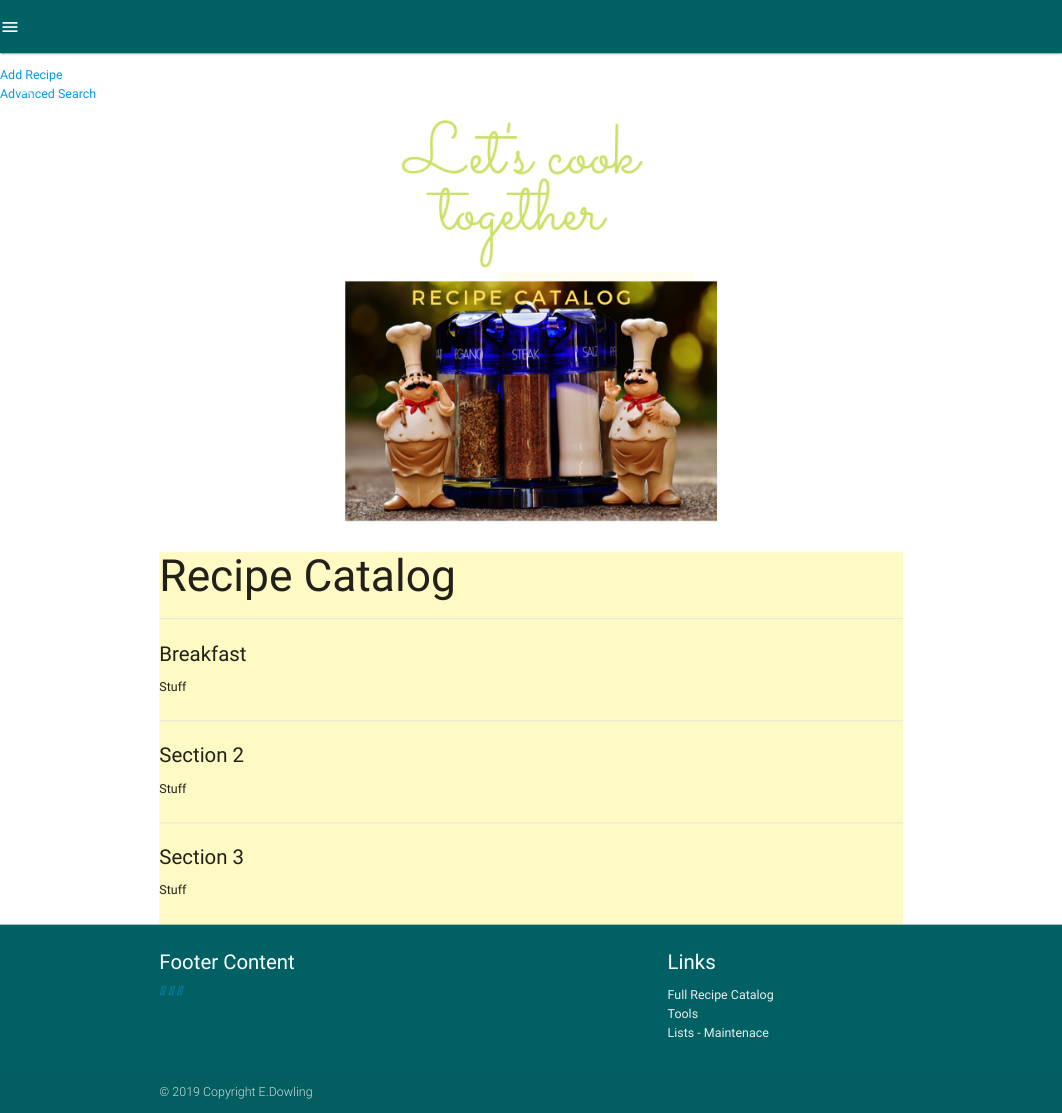
Repository: eldowling/lets-cook-together
Page: http://localhost/get_catalog?course=breakfast
The author's editor kept a record of every edit. The page is drawn from the files as they stood at one moment, then again after the next edit.
The browser window is 1280 px wide. The pictures show the whole page, at 83% of full size.
Some web libraries are served in a nearby version. The page is served by the project's application, run on Flask 3 (app.py). Queries for data that is not in the repository find no rows.

Above is the page before.
Console error: TypeError: $(...).sidenav is not a function

### templates/catalog.html
{% extends 'base.html'%} {% block content %}
<h2>Recipe Catalog</h2>

<div class="divider"></div>
  <div class="section">
    <h5>Breakfast</h5>
    <p>Stuff</p>
  </div>
  <div class="divider"></div>
  <div class="section">
    <h5>Section 2</h5>
    <p>Stuff</p>
  </div>
  <div class="divider"></div>
  <div class="section">
    <h5>Section 3</h5>
    <p>Stuff</p>
  </div>
{% for recipe in recipes %}
    <div class="row">
        <div class="col s6">
            <h4>{{recipe.title}}</h4>
                {{recipe.description}}
        </div>
        <div class="col s3">
            <strong>Course: </strong> {{recipe.course}}
        </div>
        <div class="col s3">
            <strong>Rating: </strong> {{recipe.rating}}
        </div>
    </div>
{% endfor %}

{% endblock %}

### templates/base.html
<!DOCTYPE html>
<html>

<head>
    <link href="https://fonts.googleapis.com/icon?family=Material+Icons" rel="stylesheet">
    <link rel="stylesheet" href="https://cdnjs.cloudflare.com/ajax/libs/materialize/0.100.2/css/materialize.min.css">
    <link rel="stylesheet" href="https://cdnjs.cloudflare.com/ajax/libs/font-awesome/4.7.0/css/font-awesome.min.css">
    <link rel="stylesheet" href="{{ url_for('static', filename='css/style.css') }}" type="text/css" />
</head>

<body>
    <header>
        <!-- Dropdown Structure -->
        <ul id="dropdown1" class="dropdown-content">
            <li><a href="#!">one</a></li>
            <li><a href="#!">two</a></li>
            <li class="divider"></li>
            <li><a href="#!">three</a></li>
        </ul>

        <nav>
            <div class="nav-wrapper cyan darken-4">

                <form>
                    <a href="#" data-target="mobile-demo" class="sidenav-trigger"><i class="material-icons">menu</i></a>
                    <div class="input-field inline ">
                        <input id="search" type="search" required>
                        <label class="label-icon" for="search"><i class="material-icons">search</i></label>
                        <i class="material-icons">close</i>
                    </div>
                    <ul id="nav-mobile" class="right hide-on-med-and-down">
                        <li><a href="addedit-recipe.html">Add Recipe</a></li>
                        <li><a class="dropdown-trigger" href="#!" data-target="dropdown1">Advanced Search<i class="material-icons right">arrow_drop_down</i></a></li>
                    </ul>

                </form>

            </div>
        </nav>

        <ul class="sidenav" id="mobile-demo">
            <li><a href="addedit-recipe.html">Add Recipe</a></li>
            <li><a href="badges.html">Advanced Search</a></li>
        </ul>


    </header>

    <div class="center">
            <img class="main-img" src="static/images/lets-cook-logo.png"></img>
    </div>
    <div class="container yellow lighten-4">
        {% block content %} {% endblock %}
    </div>

    <footer class="page-footer cyan darken-4">
        <div class="container">
            <div class="row">
                <div class="col l6 s12">
                    <h5 class="white-text">Footer Content</h5>

                    <span class="grey-text text-lighten-4 ">
                        <a href="facebook.html"><i class="fab fa-facebook-square"></i></a>
                        <a href="twitter.html"><i class="fab fa-twitter-square"></i></a>
                        <a href="instagram.html"><i class="fab fa-instagram"></i></a>
                    </span>
                </div>
                <div class="col l4 offset-l2 s12">
                    <h5 class="white-text">Links</h5>
                    <ul>
                        <li><a class="grey-text text-lighten-3" href="{{url_for('get_catalog')}}">Full Recipe Catalog</a></li>
                        <li><a class="grey-text text-lighten-3" href="tools.html">Tools</a></li>
                        <li><a class="grey-text text-lighten-3" href="maintenance.html">Lists - Maintenace</a></li>
                    </ul>
                </div>
            </div>
        </div>
        <div class="footer-copyright">
            <div class="container">
                © 2019 Copyright E.Dowling
            </div>
        </div>
    </footer>

    <script src="https://cdnjs.cloudflare.com/ajax/libs/jquery/3.2.1/jquery.min.js"></script>
    <script src="https://cdnjs.cloudflare.com/ajax/libs/materialize/0.100.2/js/materialize.min.js"></script>
    <script type="text/javascript">
        $(document).ready(function() {
            $('.collapsible').collapsible();
            $('select').material_select();
            $(".button-collapse").sideNav();
            $(".dropdown-trigger").dropdown();
            $('.sidenav').sidenav();
        });

    </script>
</body>
</html>

### app.py
import os
from flask import Flask, render_template, redirect, request, url_for
from flask_pymongo import PyMongo
from bson.objectid import ObjectId

app = Flask(__name__)
app.config["MONGO_DBNAME"] = 'recipie_catalog'
app.config["MONGO_URI"] = 'mongodb+srv://root:r00tUser@myfirstcluster-pwjgy.mongodb.net/recipie_catalog?retryWrites=true&w=majority'
#app.config["MONGO_URI"] = os.getenv('MONGO_URI', 'mongodb://localhost')

mongo = PyMongo(app)


@app.route('/')
@app.route('/get_catalog')
def get_catalog():
    return render_template("catalog.html", recipes=mongo.db.recipes.find())


if __name__ == '__main__':
    app.run(host=os.environ.get('IP'),
            port=int(os.environ.get('PORT')),
            debug=True)

### static/css/style.css
/*.main-img {
  display: inline-block;
  vertical-align: middle;
  max-height: auto;
  max-width: 230px;
}

/*
#img-container{
    max-width: 230px;
    overflow: hidden;
}
.main-img{
    width: 100%;
    object-fit: contain;
}*/

After the next edit:
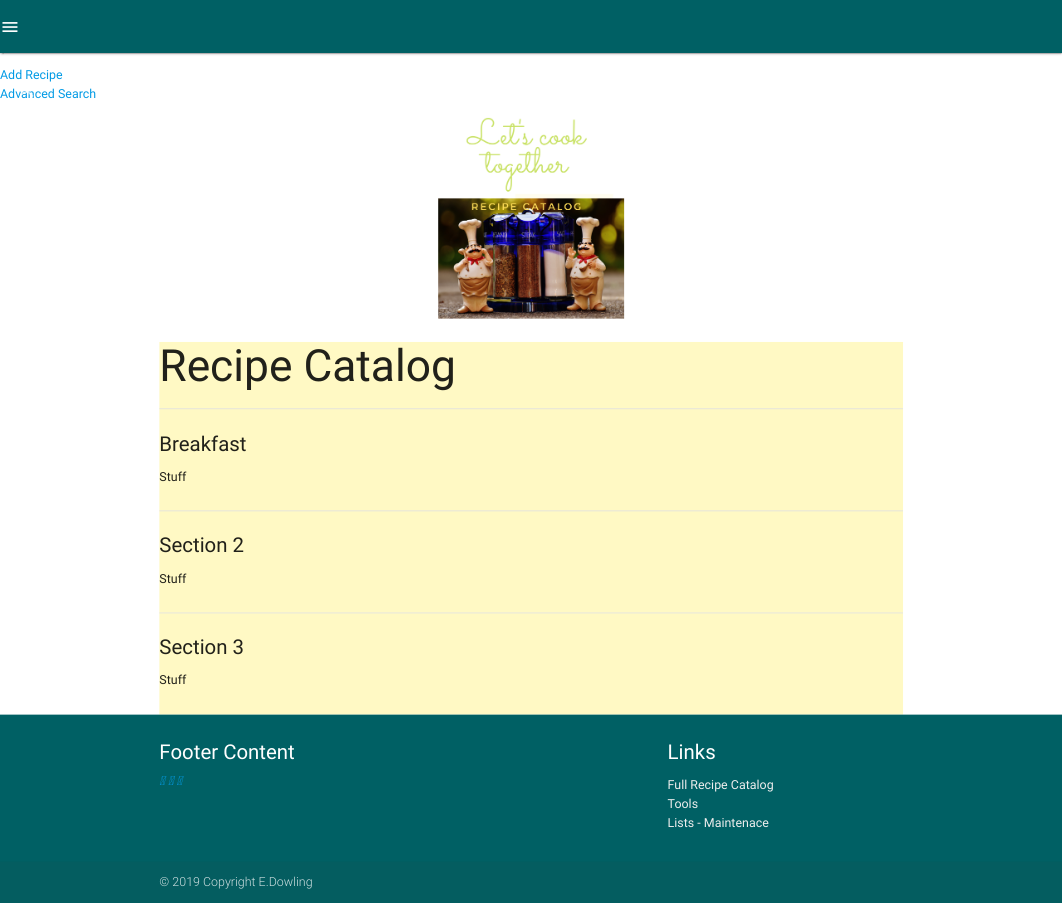
The edit:
--- a/static/css/style.css
+++ b/static/css/style.css
@@ -1,4 +1,4 @@
-/*.main-img {
+.main-img {
   display: inline-block;
   vertical-align: middle;
   max-height: auto;
